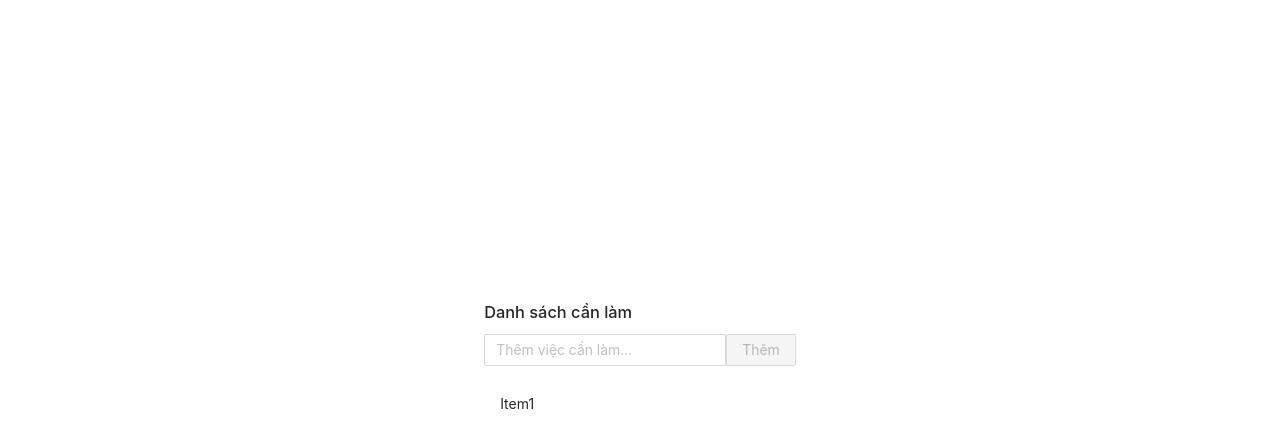
Repository: tiendungjr123/Todo-App
Page: /
The author's editor kept a copy of each file at every save. The page is drawn from the files as they stood at one save, then again after the next save.
The browser window is 1280 px wide. The pictures show the whole page.
The project was rebuilt for these pictures with package versions that can differ from the ones it lists, and the page was loaded fresh each time.

Above is the page before, as saved 2022-09-22 10:16:21.

### src/index.js
import React from 'react';
import ReactDOM from 'react-dom/client';
import './index.css';
import App from './App';
import 'antd/dist/antd.css';
const root = ReactDOM.createRoot(document.getElementById('root'));
root.render(
  <React.StrictMode>
    <App />
  </React.StrictMode>
);

### src/index.css
body {
  margin: 0;
  font-family: -apple-system, BlinkMacSystemFont, 'Segoe UI', 'Roboto', 'Oxygen',
    'Ubuntu', 'Cantarell', 'Fira Sans', 'Droid Sans', 'Helvetica Neue',
    sans-serif;
  display: flex;
  justify-content: center;
  align-items: center;
  padding: 20px;
  font-size: 20px;
}

code {
  font-family: source-code-pro, Menlo, Monaco, Consolas, 'Courier New',
    monospace;
}

### src/App.js
import TodoList from "./component/TodoList";
import { Input, Button } from "antd";

function App() {
  return (
    <>
      <h3>Danh sách cần làm</h3>
      <Input.Group
        style={{
          display: "flex",
        }}
      >
        <Input placeholder="Thêm việc cần làm..." />
        <Button disabled='false' type="primary">Thêm</Button>
      </Input.Group>
      <br/>
      <TodoList />
    </>
  );
}

export default App;

### src/component/TodoList.jsx
import React from "react";
import Todo from "./Todo";

export default function TodoList() {
  return (
    <>
      <Todo/>
    </>
  );
}

### src/component/Todo.jsx
import React from 'react'
import {Button} from 'antd'
export default function Todo() {
  return (
    <div>
        <Button type="text">Item1</Button>
    </div>
  )
}

Loaded but not shown: public/index.html (common file)

After the next save:
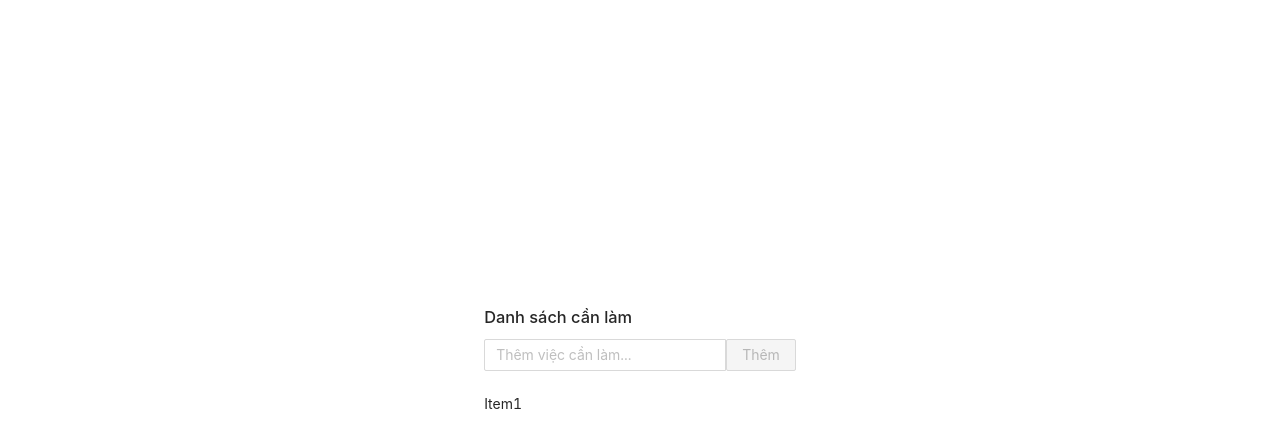
Saved 114 s later.
--- a/src/component/Todo.jsx
+++ b/src/component/Todo.jsx
@@ -1,9 +1,15 @@
 import React from 'react'
 import {Button} from 'antd'
+import styled from 'styled-components'
+
+const buttonStyled = styled(Button)`
+  margin-top:5px;
+  text-align: left;
+`
 export default function Todo() {
   return (
     <div>
-        <Button type="text">Item1</Button>
+        <buttonStyled type="text">Item1</buttonStyled>
     </div>
   )
 }

After the save that followed:
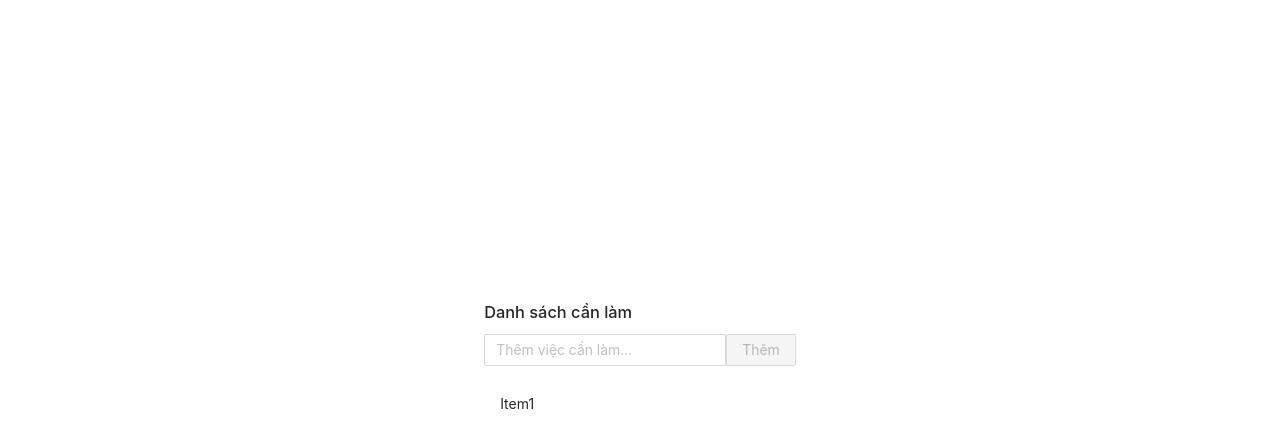
Saved 7 min 23 s later.
--- a/src/component/Todo.jsx
+++ b/src/component/Todo.jsx
@@ -9,7 +9,7 @@
 export default function Todo() {
   return (
     <div>
-        <buttonStyled type="text">Item1</buttonStyled>
+        <Button type="text">Item1</Button>
     </div>
   )
 }
